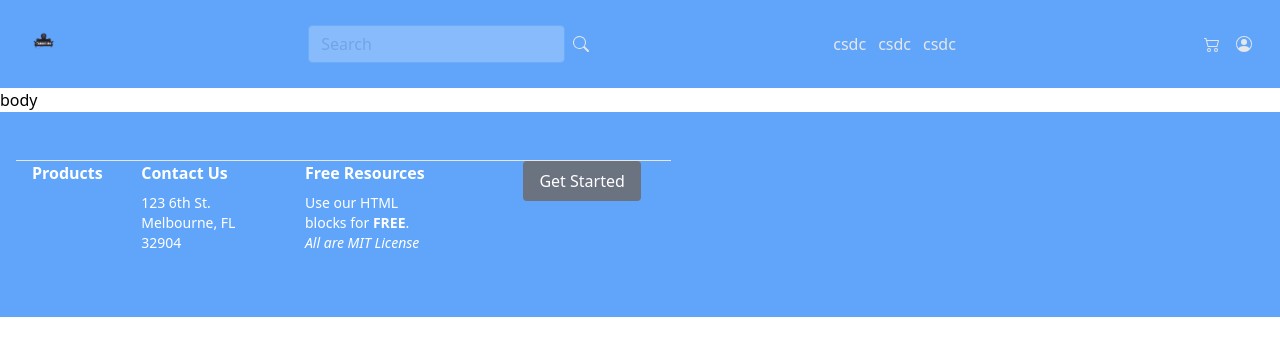
Repository: DevLaukey/Jitu-final
Page: / (app in frontend/)
These files come from the project's save history. The page is drawn as it stood at one moment and after the next save; the edit follows.
The browser window is 1280 px wide. The pictures show the whole page.
The project was rebuilt for these pictures with package versions that can differ from the ones it lists, and the page was loaded fresh each time.

Above is the page before, as saved 2022-07-13 14:16:25.

After the next save:
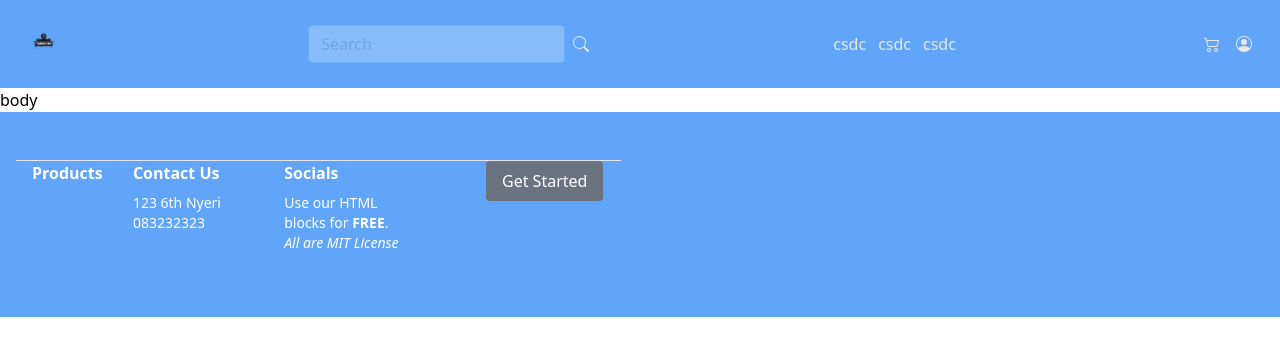
Saved 2 min 12 s later.
--- a/frontend/src/components/Footer.js
+++ b/frontend/src/components/Footer.js
@@ -12,13 +12,13 @@ function Footer() {
           <div class="px-4 sm:w-1/2 md:w-1/4 mt-4 md:mt-0">
             <h6 class="font-bold mb-2">Contact Us</h6>
             <address class="not-italic mb-4 text-sm">
-              123 6th St.
+              123 6th Nyeri
               <br />
-              Melbourne, FL 32904
+              083232323
             </address>
           </div>
           <div class="px-4 sm:w-1/2 md:w-1/4 mt-4 md:mt-0">
-            <h6 class="font-bold mb-2">Free Resources</h6>
+            <h6 class="font-bold mb-2">Socials</h6>
             <p class="mb-4 text-sm">
               Use our HTML blocks for <strong>FREE</strong>.<br />
               <em>All are MIT License</em>
